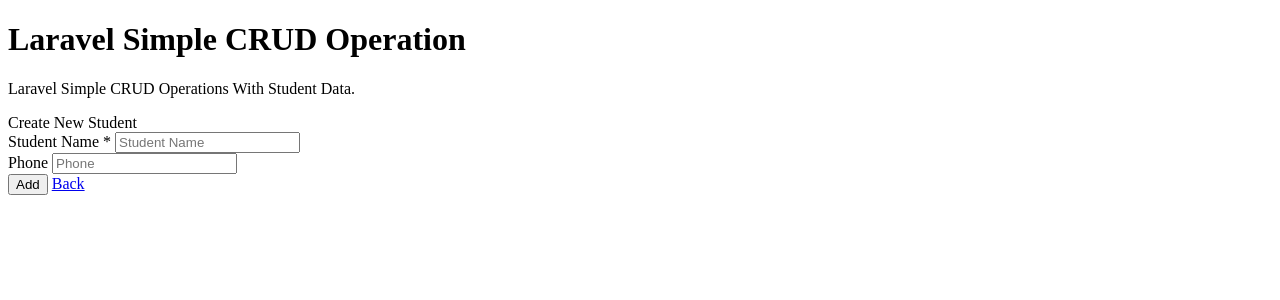
Repository: Abdaljawad-Aya/Laravel-CRUD
Page: http://localhost/laravel-crud/create
An editor plug-in stored every save of this project. The page is shown before and after the next save, followed by the edit.
The browser window is 1280 px wide. The pictures show the whole page.
The page is served by the project's Laravel application, run on PHP 8.4 with Laravel 8.

Above is the page before, as saved 2021-02-28 18:55:56.

After the next save:
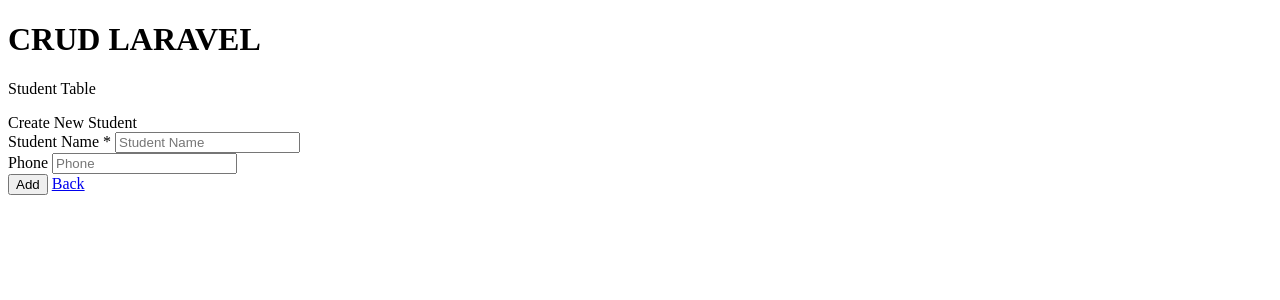
Saved 98 s later.
--- a/studentCrud/resources/views/crud/create.blade.php
+++ b/studentCrud/resources/views/crud/create.blade.php
@@ -4,8 +4,8 @@
 
    <div class="container">
   <div class="jumbotron">
-    <h1>Laravel Simple CRUD Operation</h1>
-    <p>Laravel Simple CRUD Operations With Student Data.</p>
+    <h1>CRUD LARAVEL</h1>
+        <p>Student Table</p>
   </div>
  <div class="panel panel-success">
       <div class="panel-heading">
